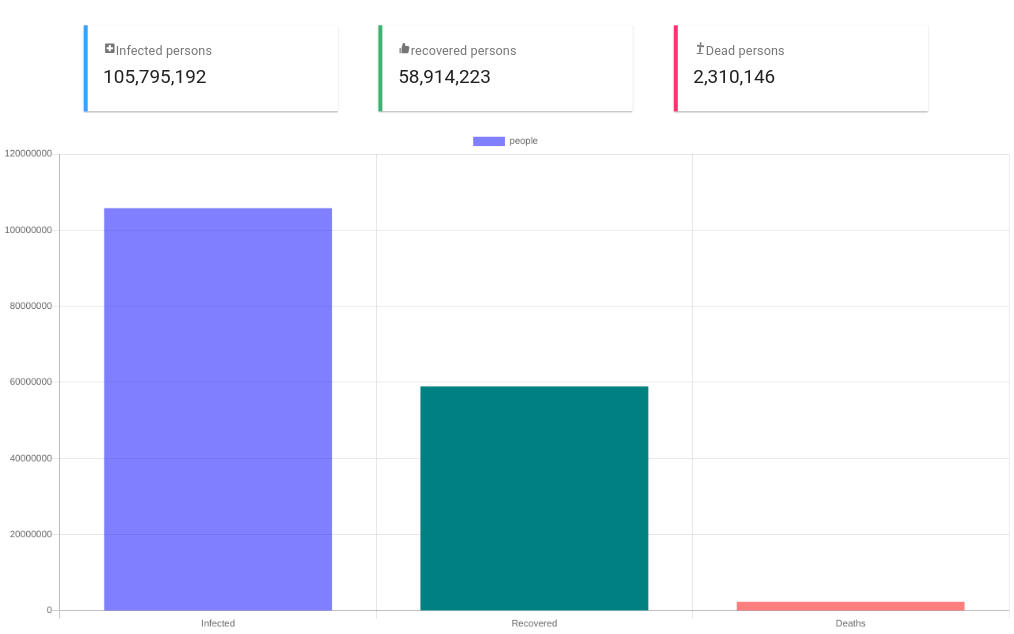
Repository: ShunsukeTanizaki/covid_dashboard
Page: /
An editor plug-in stored every save of this project. The page is shown before and after the next save, followed by the edit.
The browser window is 1280 px wide. The page is 1284 px wide, so the pictures cover 1284 px, including what lies to the right of the window. The pictures show the whole page, at 79% of full size.
The project was rebuilt for these pictures with package versions that can differ from the ones it lists, and the page was loaded fresh each time. Also part of the build but not shown: src/App.css.

Above is the page before, as saved 2021-02-07 21:00:43.

After the next save:
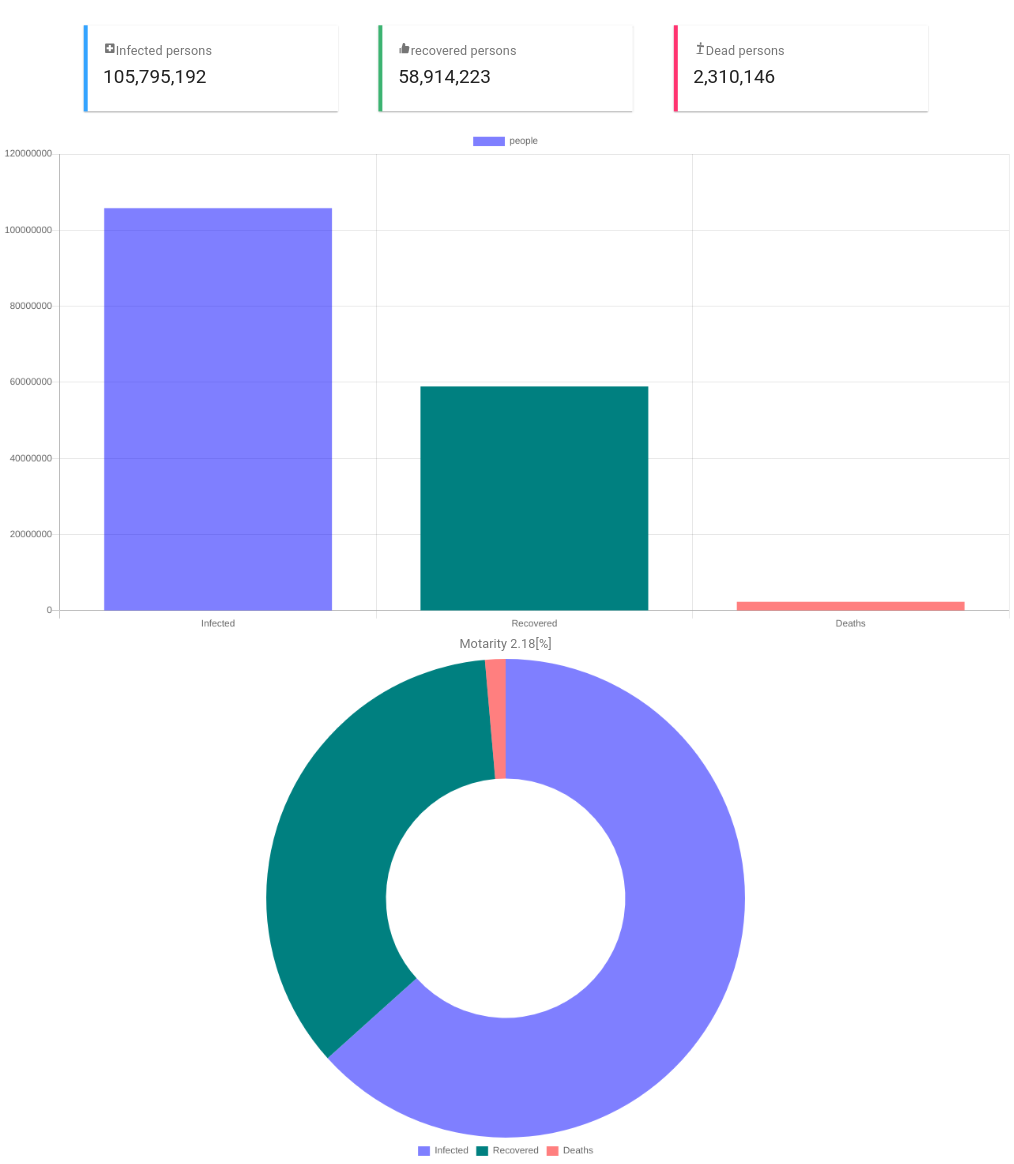
Saved 21 s later.
--- a/src/App.tsx
+++ b/src/App.tsx
@@ -4,6 +4,7 @@ import { Counter } from './features/counter/Counter';
 import './App.css';
 import Cards from './features/covid/Cards/Cards';
 import Chart from './features/covid/Chart/Chart';
+import PieChart from './features/covid/PieChart/PieChart';
 
 function App() {
     return (
@@ -11,6 +12,7 @@ function App() {
             <header className="App-header">
                 <Cards />
                 <Chart />
+                <PieChart />
             </header>
         </div>
     );
